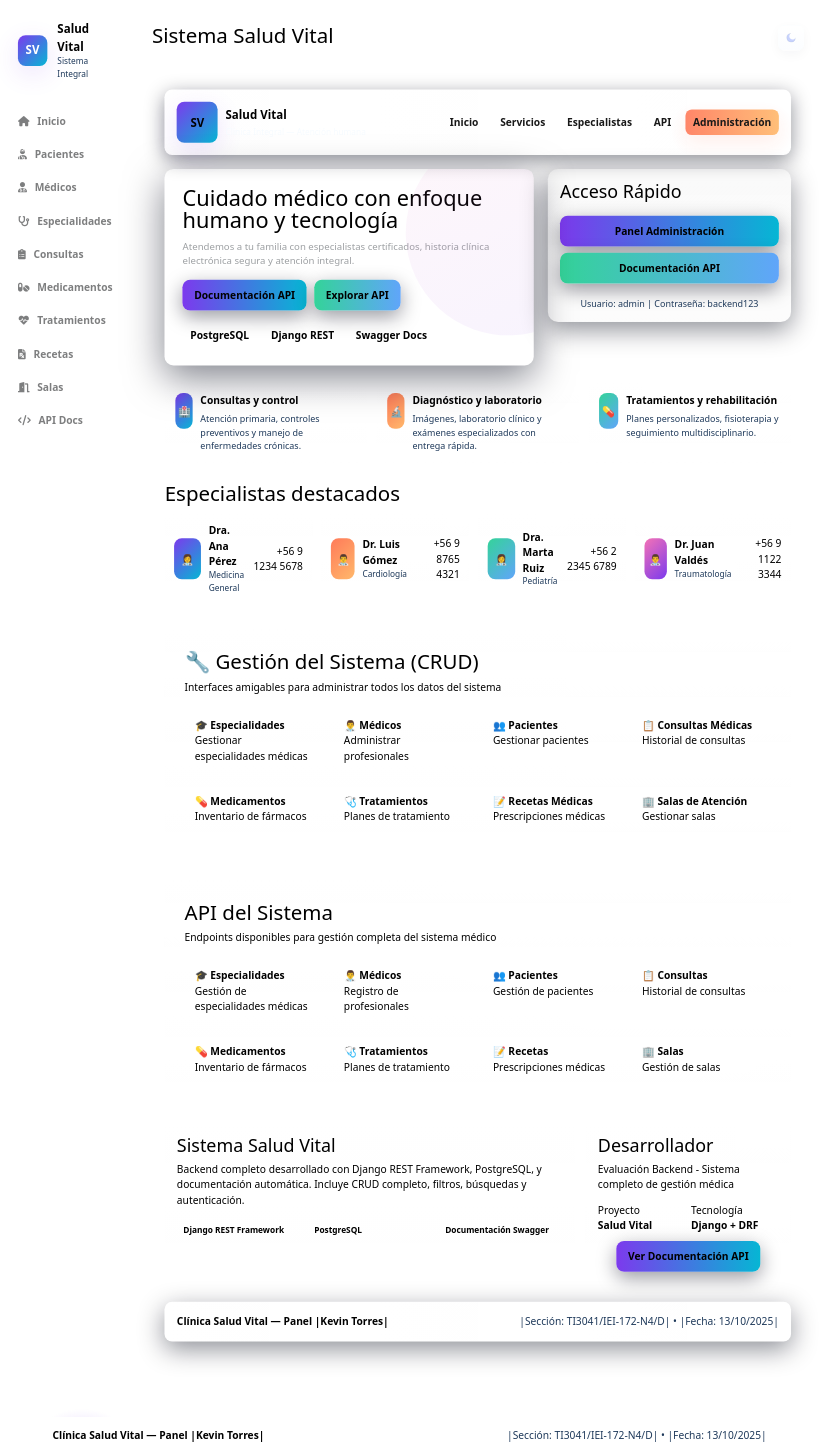
Repository: KeviNozh/eva2_clinica
Page: templates/index.html
An editor plug-in stored every save of this project. The page is shown before and after the next save, followed by the edit.
The browser window is 1280 px wide. The pictures show the whole page, at 64% of full size.
The template is drawn by Django 5.2. The application's start-up code is not run. The template is opened directly, without the code that normally fills it, so the values that code supplies are empty.

Above is the page before, as saved 2025-10-16 00:19:42.

After the next save:
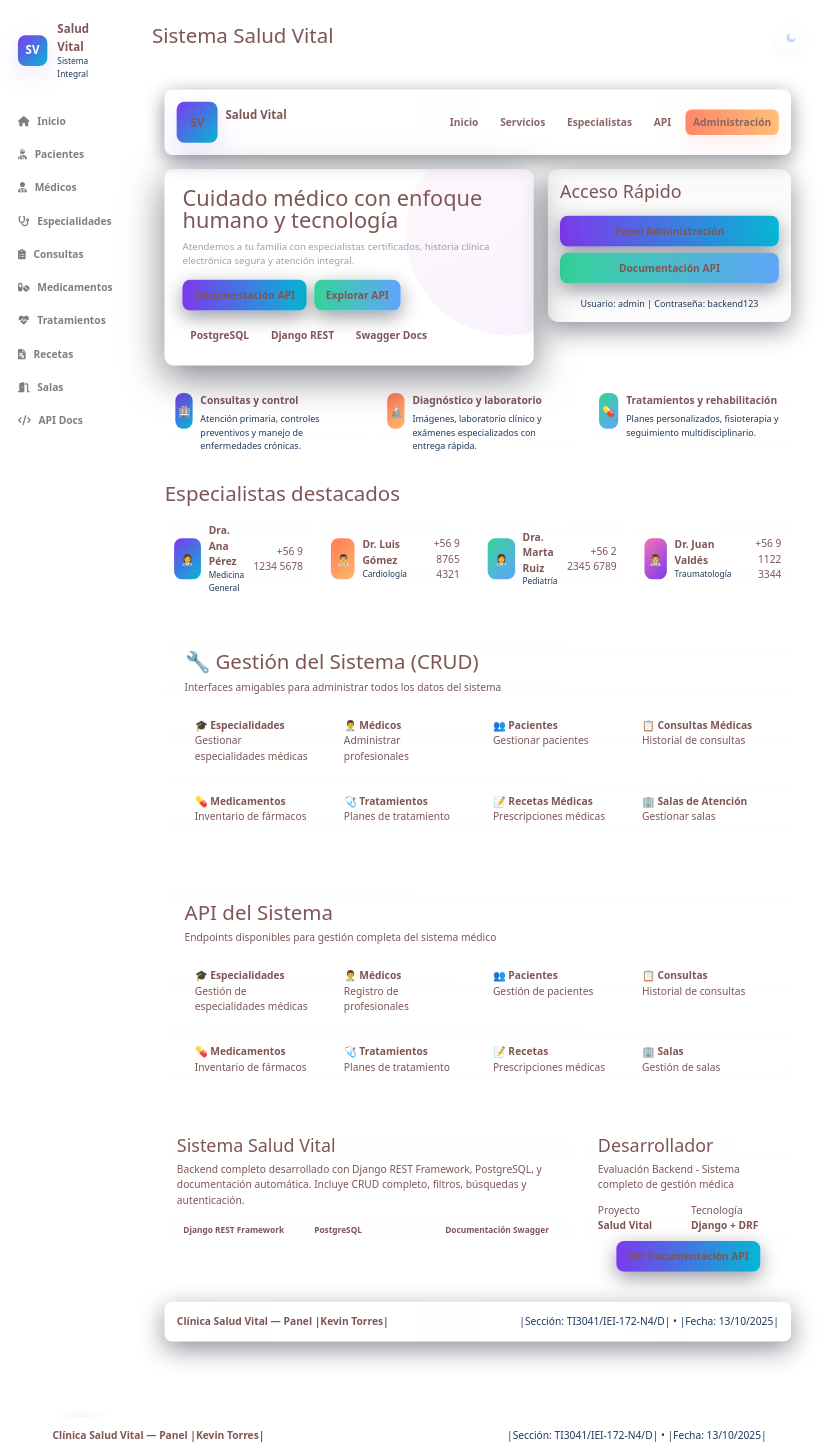
Saved 5 s later.
--- a/templates/index.html
+++ b/templates/index.html
@@ -15,7 +15,7 @@
     --soft-bg:#f6fbff;          /* paneles claros */
     --glass: rgba(224, 255, 246, 0.06);
     --muted:#1e395a;
-    --white: #000000ff;
+    --white: #7f5555ff;
 
     --c1-start:#7c3aed; --c1-end:#06b6d4;   /* morado -> cian */
     --c2-start:#ff7a59; --c2-end:#ffb86b;   /* naranja -> amarillo */
